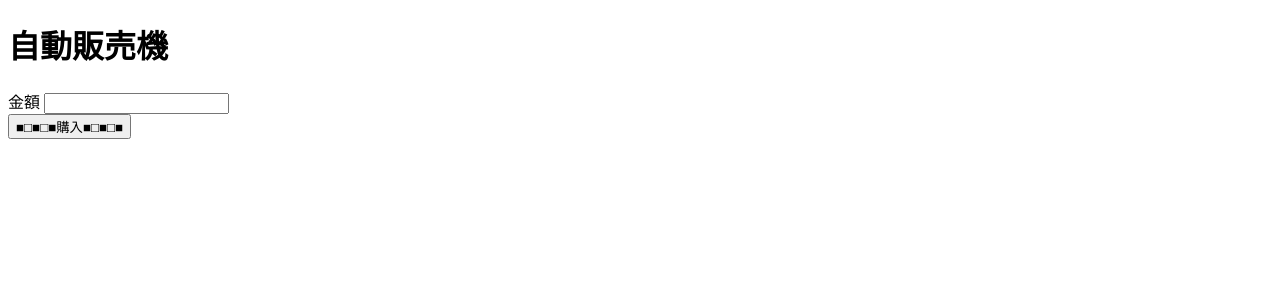
Repository: tppei/PHP
Page: http://localhost/htdocs/drink/result.php
The author's editor kept a record of every edit. The page is drawn from the files as they stood at one moment, then again after the next edit.
The browser window is 1280 px wide. The pictures show the whole page.
The page is run by PHP 8.4 with error messages shown; the project is at /var/www/html/.

Above is the page before.

### htdocs/drink/result.php
<!DOCTYPE html>
<html lang="ja">
    <head>
        <meta charset="UTF-8">
        <title>自動販売機</title>
        <style>
            #flex{
                width: 600px;
            }

            #flex .drink{
                border: solid 1px;
                width: 120px;
                height: 210px;
                text-align: center;
            }

            #flex span{
                display: block;
                margin: 3px;
                white-space: nowrap;
                overflow: hidden;
                text-overflow: ellipsis;
            }

            .img_size{
                height: 125px;
            }

            .red{
                color: #F00;
            }

            #submit{
                clear: both;
            }
        </style>
    </head>
    <body>
        <h1>自動販売機</h1>
        <form action="result.php" method="post">
            <div>
                金額
                <input type="text" name="money">
            </div>
            <div id="submit">
                <input type="submit" value="■□■□■購入■□■□■">
            </div>
        </form>
    </body>

</html>

After the next edit:
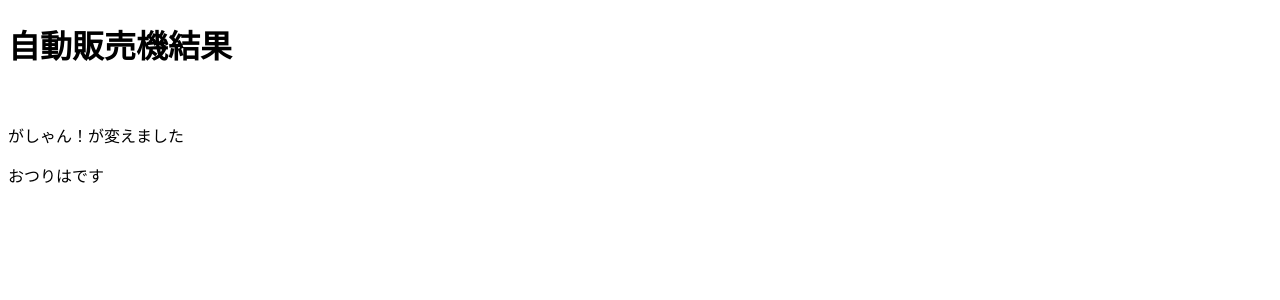
The edit:
--- a/htdocs/drink/result.php
+++ b/htdocs/drink/result.php
@@ -1,52 +1,12 @@
 <!DOCTYPE html>
 <html lang="ja">
-    <head>
-        <meta charset="UTF-8">
-        <title>自動販売機</title>
-        <style>
-            #flex{
-                width: 600px;
-            }
-
-            #flex .drink{
-                border: solid 1px;
-                width: 120px;
-                height: 210px;
-                text-align: center;
-            }
-
-            #flex span{
-                display: block;
-                margin: 3px;
-                white-space: nowrap;
-                overflow: hidden;
-                text-overflow: ellipsis;
-            }
-
-            .img_size{
-                height: 125px;
-            }
-
-            .red{
-                color: #F00;
-            }
-
-            #submit{
-                clear: both;
-            }
-        </style>
-    </head>
     <body>
-        <h1>自動販売機</h1>
-        <form action="result.php" method="post">
-            <div>
-                金額
-                <input type="text" name="money">
-            </div>
-            <div id="submit">
-                <input type="submit" value="■□■□■購入■□■□■">
-            </div>
-        </form>
+        <h1>自動販売機結果</h1>
+        <img src=""></img>
+        <p>がしゃん！が変えました</p>
+        <p>おつりはです</p>
     </body>
-
+    <footer>
+        <a href="index.php"></a>
+    </footer>
 </html>
